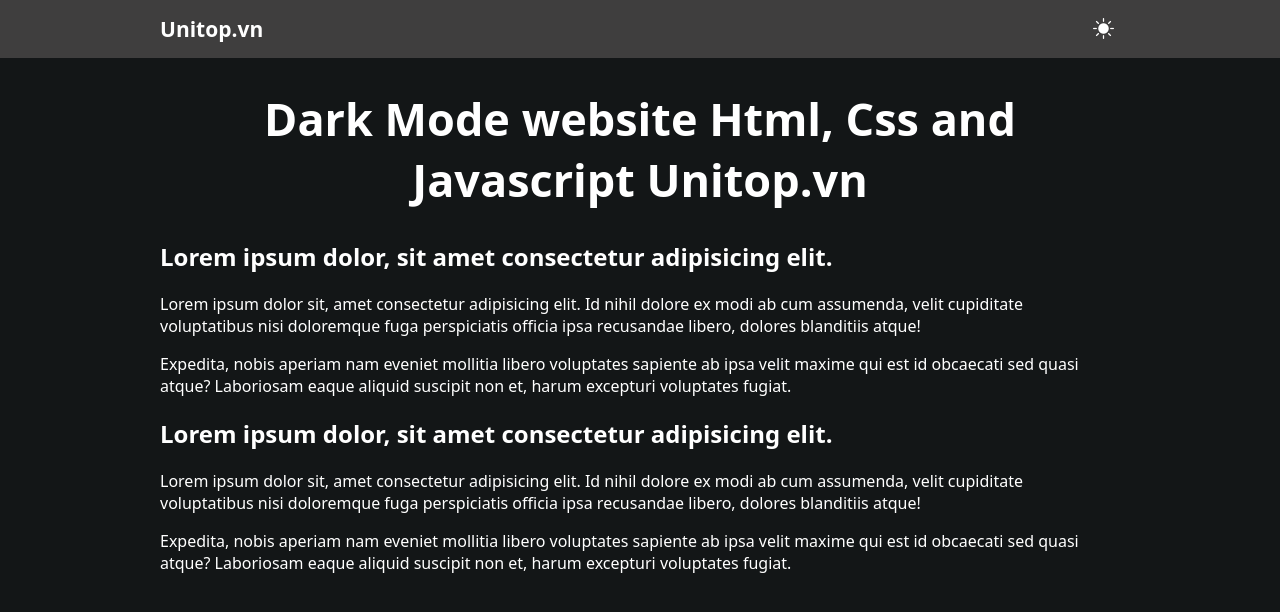
Repository: ducdatit2002/dark-mode-demo
Page: index.html
The author's editor kept a copy of each file at every save. The page is drawn from the files as they stood at one save, then again after a run of saves.
The browser window is 1280 px wide. The pictures show the whole page.
After loading, the first visible `i.bi` was clicked once.

Above is the page before, as saved 2023-08-22 16:58:44.

### index.html
<!DOCTYPE html>
<html lang="en">
<head>
   <meta charset="UTF-8">
   <meta http-equiv="X-UA-Compatible" content="IE=edge">
   <meta name="viewport" content="width=device-width, initial-scale=1.0">
   <title>Dark Mode</title>
   <link rel="stylesheet" href="./index.css">
</head>
<body class="">
   <div id="wrapper">
      <div id="header">
         <div class="container d-flex justify-content-between align-items-center">
            <a href="" id="logo">Unitop.vn</a>
            <button id="switch-mode">
               <i class="bi bi-moon-stars-fill"></i>
            </button>
         </div>
      </div>
      <div id="content" class="container">
         <h1>Dark Mode website Html, Css and Javascript Unitop.vn</h1>
         <h2>Lorem ipsum dolor, sit amet consectetur adipisicing elit.</h2>
         <p>Lorem ipsum dolor sit, amet consectetur adipisicing elit. Id nihil dolore ex modi ab cum assumenda, velit cupiditate voluptatibus nisi doloremque fuga perspiciatis officia ipsa recusandae libero, dolores blanditiis atque!</p>
         <p>Expedita, nobis aperiam nam eveniet mollitia libero voluptates sapiente ab ipsa velit maxime qui est id obcaecati sed quasi atque? Laboriosam eaque aliquid suscipit non et, harum excepturi voluptates fugiat.</p>
         <h2>Lorem ipsum dolor, sit amet consectetur adipisicing elit.</h2>
         <p>Lorem ipsum dolor sit, amet consectetur adipisicing elit. Id nihil dolore ex modi ab cum assumenda, velit cupiditate voluptatibus nisi doloremque fuga perspiciatis officia ipsa recusandae libero, dolores blanditiis atque!</p>
         <p>Expedita, nobis aperiam nam eveniet mollitia libero voluptates sapiente ab ipsa velit maxime qui est id obcaecati sed quasi atque? Laboriosam eaque aliquid suscipit non et, harum excepturi voluptates fugiat.</p>
      </div>
   </div>

</body>
<script>
   const body = document.body;
   const switch_mode = document.querySelector('#switch-mode i');
   // Load mode
   let mode = localStorage.getItem('darkmode');
   if(mode=='true'){
      body.classList.add('dark');
      switch_mode.className = "bi bi-brightness-high-fill";
   }
   switch_mode.addEventListener('click', () =>{
      switch_mode.classList.toggle('bi-moon-stars-fill');
      switch_mode.classList.toggle('bi-brightness-high-fill');
      let mode = body.classList.toggle('dark');
      // save mode
      localStorage.setItem('darkmode', mode);
   });
</script>
</html>

### index.css
 @import url("https://cdn.jsdelivr.net/npm/bootstrap-icons@1.10.3/font/bootstrap-icons.css");
      body{
         margin: 0;
         font-family: system-ui, -apple-system, BlinkMacSystemFont, 'Segoe UI', Roboto, Oxygen, Ubuntu, Cantarell, 'Open Sans', 'Helvetica Neue', sans-serif;
      }
      .container{
         max-width: 960px;
         margin: 0 auto;
      }
      .d-flex{
         display: flex;
      }
      .justify-content-between{
         justify-content: space-between;
      }
      .align-items-center{
         align-items: center;
      }
      #header{
         background: #f5f5f5;
         padding: 15px 0px;
      }
      #header #logo{
         color: #333;
         text-decoration: none;
         font-size: 21px;
         font-weight: 600;
      }
      #header #switch-mode{
         outline: none;
         border: none;
         background: none;
         cursor: pointer;
      }
      #header #switch-mode i{
         font-size: 21px;
      }
      #content h1{
         text-align: center;
         font-size: 45px;
      }
      /* // Css Dark mode */
      body.dark{
         background: #131617;
         color: #fff;
      }
      body.dark #header{
         background: #3f3e3e;
      }
      body.dark #header #logo{
         color: #fff;
      }
      body.dark #header #switch-mode{
         color: #fff;
      }

After the next 2 saves:
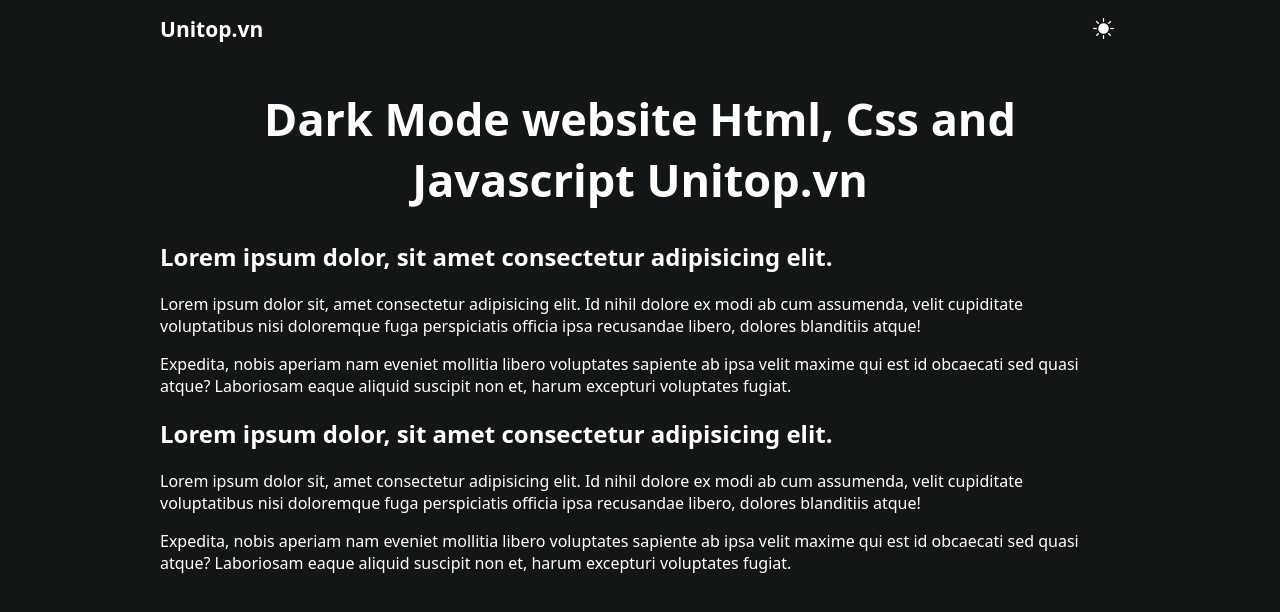
The 2 saves are shown as one change because they came seconds apart.
The last was saved 17 s later.
--- a/index.css
+++ b/index.css
@@ -45,7 +45,7 @@
          color: #fff;
       }
       body.dark #header{
-         background: #3f3e3e;
+         background: #131617;
       }
       body.dark #header #logo{
          color: #fff;
